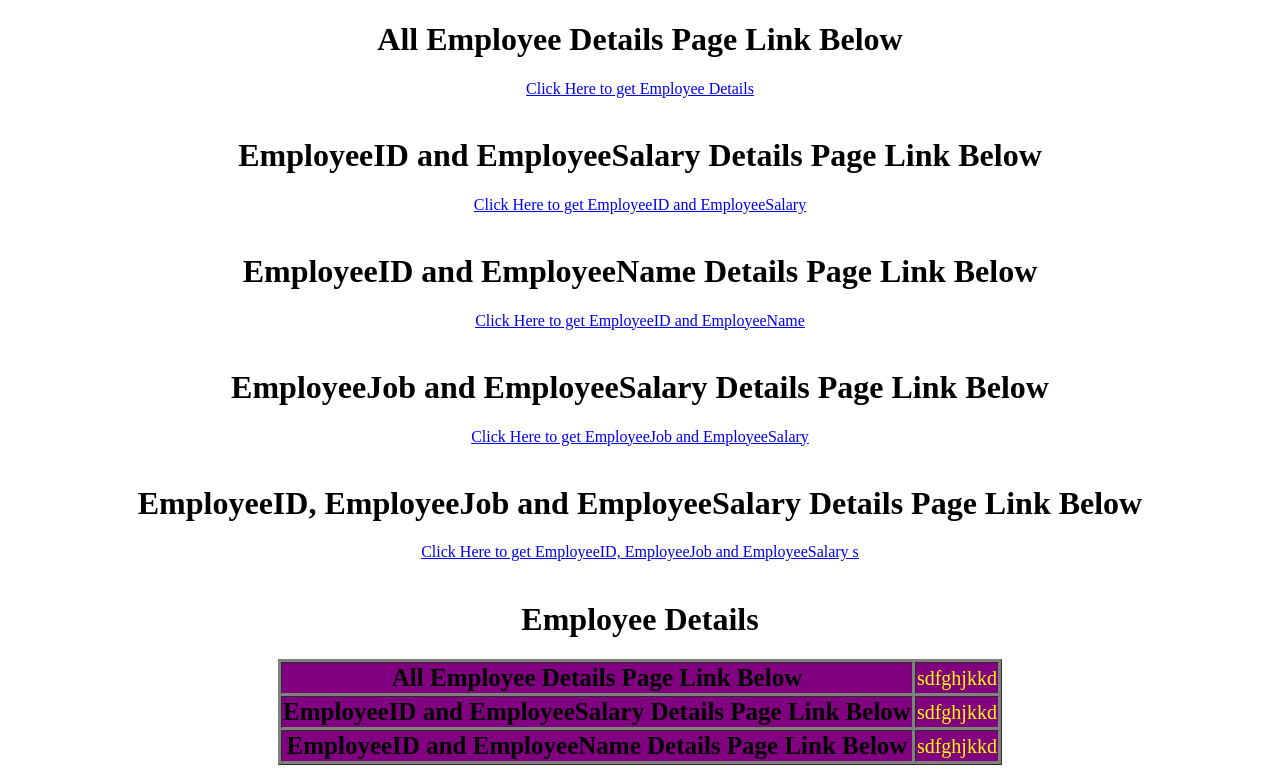
Repository: RhutujaBD/SpringMVCSession
Page: http://localhost/Spring-MVC-JDBCTemplate/WEB-INF/pages/home.jsp
These files come from the project's save history. The page is drawn as it stood at one moment and after the next save; the edit follows.
The browser window is 1280 px wide. The pictures show the whole page.
The page is served by Tomcat 9. Nobody is signed in. The template is opened directly, without the code that normally fills it, so the values that code supplies are empty.

Above is the page before, as saved 2023-03-29 10:59:28.

After the next save:
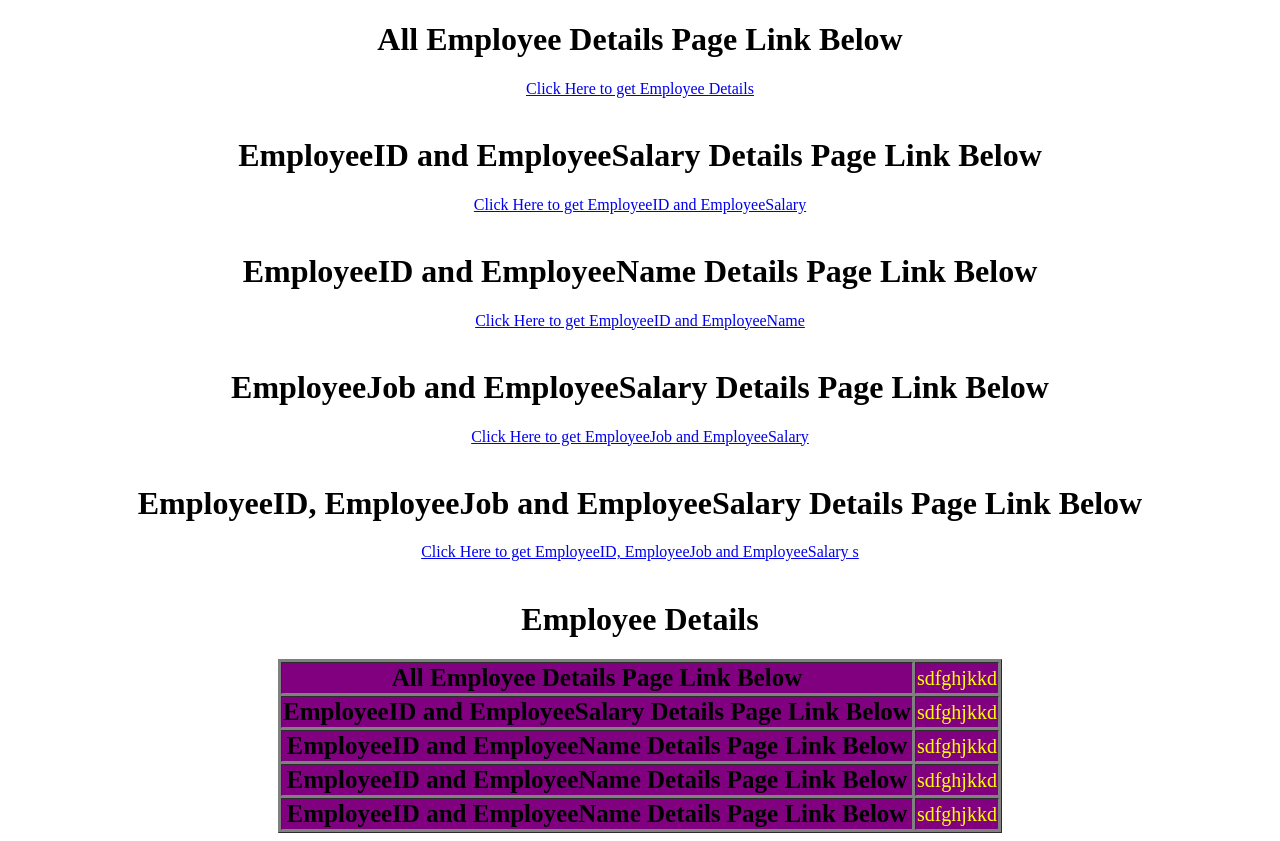
Saved 17 s later.
--- a/Spring-MVC-JDBCTemplate/src/main/webapp/WEB-INF/pages/home.jsp
+++ b/Spring-MVC-JDBCTemplate/src/main/webapp/WEB-INF/pages/home.jsp
@@ -50,7 +50,14 @@
 			<th>EmployeeID and EmployeeSalary Details Page Link Below</th>
 			<td>sdfghjkkd</td>
 		</tr>
-
+		<tr bgcolor="purple" bordercolor="black">
+			<th>EmployeeID and  EmployeeName Details Page Link Below</th>
+			<td>sdfghjkkd</td>
+		</tr>
+		<tr bgcolor="purple" bordercolor="black">
+			<th>EmployeeID and  EmployeeName Details Page Link Below</th>
+			<td>sdfghjkkd</td>
+		</tr>
 		<tr bgcolor="purple" bordercolor="black">
 			<th>EmployeeID and  EmployeeName Details Page Link Below</th>
 			<td>sdfghjkkd</td>
